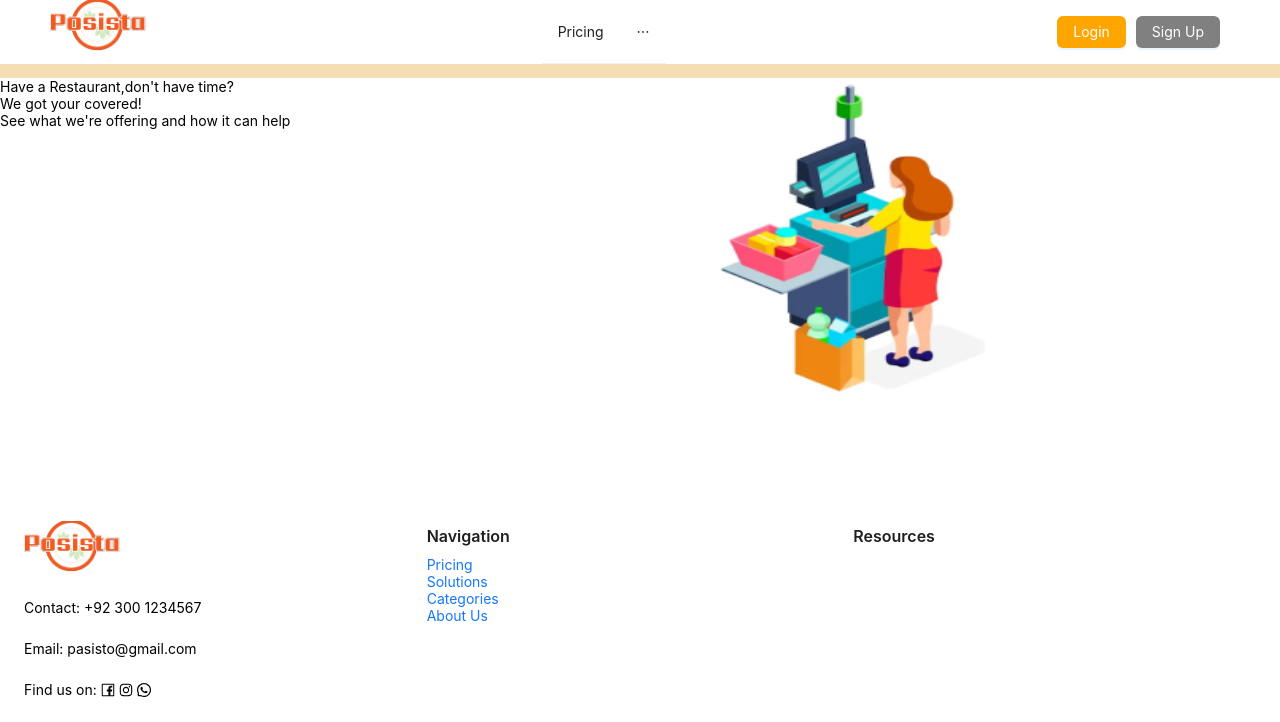
Repository: usmanarshad90/Posista
Page: / (app in test/)
The author's editor kept a copy of each file at every save. The page is drawn from the files as they stood at one save, then again after a run of saves.
The browser window is 1280 px wide. The pictures show the whole page.
The project was rebuilt for these pictures with package versions that can differ from the ones it lists, and the page was loaded fresh each time. Also part of the build but not shown: test/src/components/Pricing/Pricing.jsx, test/src/components/Solution/Solutions.jsx, test/src/components/About/AboutUs.jsx, test/src/components/login/login.jsx, test/src/components/signup/signup.jsx.

Above is the page before, as saved 2023-11-28 14:30:21.

### test/public/index.html
<!DOCTYPE html>
<html lang="en">
  <head>
    <meta charset="utf-8" />
    <link rel="icon" href="%PUBLIC_URL%/favicon.ico" />
    <meta name="viewport" content="width=device-width, initial-scale=1" />
    <meta name="theme-color" content="#000000" />
    <meta
      name="description"
      content="Web site created using create-react-app"
    />
    <link rel="apple-touch-icon" href="%PUBLIC_URL%/logo192.png" />

    <link rel="manifest" href="%PUBLIC_URL%/manifest.json" />

    <title>Posisto</title>
  </head>
  <body>
    <noscript>You need to enable JavaScript to run this app.</noscript>
    <div id="root"></div>



  </body>
</html>

### test/src/index.css
body {
  margin: 0;
  font-family: -apple-system, BlinkMacSystemFont, 'Segoe UI', 'Roboto', 'Oxygen',
    'Ubuntu', 'Cantarell', 'Fira Sans', 'Droid Sans', 'Helvetica Neue',
    sans-serif;
  -webkit-font-smoothing: antialiased;
  -moz-osx-font-smoothing: grayscale;
}

code {
  font-family: source-code-pro, Menlo, Monaco, Consolas, 'Courier New',
    monospace;
}
.background{
  background-image: url("./images/background.jpg")!important;

}



/* .container{
  max-width: 1000px;
  margin: auto;
  width: 100%;
  padding-inline: 1rem;
  padding-block:5rem;

} */

### test/src/App.js
import {BrowserRouter  as Router , Routes , Route} from 'react-router-dom'
import Home from './components/Home/Home';

import Pricing from './components/Pricing/Pricing';
import Solutions from './components/Solution/Solutions';
import AboutUs from './components/About/AboutUs';
import Login from './components/login/login';
import SignUp from './components/signup/signup';


function App() {
  return (
    <Router>
    {/* if i can do it like this all pages come on the header */}

      <Routes>

        {/* if i can do it like this header individually come on the each page*/}

        <Route path="/" element={< Home/>} />
        <Route path="/login" element={<Login/>}/>
        <Route path="/signup" element={<SignUp/>} />

        <Route path="/pricing" element={< Pricing/>} />
        <Route path="/solution" element={< Solutions/>} />
        <Route path="/about" element={<AboutUs/>} />

        </Routes>
        {/* for footer i can call here */}

        </Router>
  );
}

export default App;

### test/src/components/Home/Home.jsx
import React from 'react'
import PageHeader from '../PageHeader/PageHeader'
import HeroSection from '../HeroSection/HeroSection'
import PageFooter from '../Footer/Footer'

const Home = () => {
  return (
    <>
    <PageHeader/>
    <HeroSection/>



    <PageFooter/>

    </>
  )
}

export default Home

### test/src/components/PageHeader/PageHeader.jsx
import React from 'react'
import { Layout, Menu, Button, Row, Col } from 'antd';
import { Link } from 'react-router-dom';
import logoimage from '../../images/posistologo.png'
import {HomeOutlined, UserOutlined,SettingOutlined,} from '@ant-design/icons';

const { Header } = Layout;
const PageHeader = () => {
  return (
    <Row>
      <Col lg={24} xl={24} md={12} xs={4} >
    <Layout className="layout">
    <Header style={{ display: 'flex', justifyContent: 'space-between' ,backgroundColor: 'white' }}>
      <div className="logo" >

      <Link to={'/'}><img src={logoimage} alt="" width="100px"  /></Link>
        </div>
      <Menu  mode="horizontal" style={ {color:'black',backgroundColor: 'transparent'}} >
        <Link to={'/pricing'} ><Menu.Item key="1" >Pricing</Menu.Item></Link>


        <Link to={'/solution'} ><Menu.Item key="2" >Solutions</Menu.Item></Link>

        <Link to={'/about'} ><Menu.Item key="3" >About Us</Menu.Item></Link>
      </Menu>

      <div>

        <Link to="/login"><Button type="primary" style={{ marginRight: '10px', backgroundColor: 'orange' }}>Login</Button>
        </Link>
        <Link to="/signup"><Button type="primary" style={{ marginRight: '10px', backgroundColor: 'grey' }}>Sign Up</Button></Link>
      </div>




    </Header>
  </Layout>
  </Col>
  </Row>
  )
}

export default PageHeader;

### test/src/components/HeroSection/HeroSection.jsx
import React from 'react'
import { Row,Col,Image,Divider} from 'antd';

import image from '../../images/design.png'

const HeroSection = () => {




      const DemoBox = (props) => <p className={`height-${props.value}`}>{props.children}</p>;
  return (
    <>
    <Row  >
      <Col  lg={{ span:24, order: 1 }} md={24} xs={24} xl={24} xxl={24}  style={{background:'wheat'}}>
      <DemoBox value={'100%'}> </DemoBox>
        </Col>

    <Col lg={{ span: 12, order: 2 }} md={8} xs={4} xl={12}>

    <div   >

         Have a Restaurant,don't have time? <br />
         We got your covered! <br/>

         <div   >See what we're offering and how it can help <br />


         </div>
    </div>
    </Col>
    <Col lg={{ span: 12, order: 3 }}md={8} xs={4} xl={12}>
    <Image width={'70%'} preview={false} height={'90%'} src={image} alt="#" />

    </Col>
   </Row>
   </>
  )
}

export default HeroSection

### test/src/components/Footer/Footer.jsx
import React from 'react'
import { Layout, Menu, Row, Col, Typography } from 'antd';
import { Link } from 'react-router-dom';
import logoimage from '../../images/posistologo.png';
import { FacebookOutlined,InstagramOutlined , WhatsAppOutlined} from '@ant-design/icons';
// const {PageFooter}=Layout;




const Footer = () => {
  const style = {
    background: '',
    text_align:'left',
    padding: ' 12px ',



  };


  return (
    <Row><Col  lg={{ span:8, order: 1 }} md={6} xs={4} xl={8} xxl={8} style={style} >

      <div style={style} className="logo" >

      <Link to={'/'}><img src={logoimage} alt="" width="100px"  /></Link>
      </div>
      <div style={style}>Contact: +92 300 1234567</div>
      <div style={style}>Email: pasisto@gmail.com</div>
      <div style={style}>Find us on: <FacebookOutlined  /> <InstagramOutlined /> <WhatsAppOutlined /></div>

      </Col>

      <Col  lg={{ span:8, order: 1 }} md={6} xs={4} xl={8} xxl={8}   >

      <Typography.Title level={5} >Navigation </Typography.Title>



      <Link to={'/pricing'} >Pricing</Link> <br />


      <Link to={'/solution'} >Solutions</Link><br />
      <Link to={'/about'} >Categories</Link><br />
      <Link to={'/about'} >About Us</Link><br />


      </Col>

      <Col  lg={{ span:8, order: 1 }} md={6} xs={4} xl={8} xxl={8}   >
        <Typography.Title level={5}>Resources</Typography.Title>
        <div></div>
      </Col>




    </Row>

  )
}

export default Footer

Loaded but not shown: test/src/index.js (common file)

After the next 6 saves:
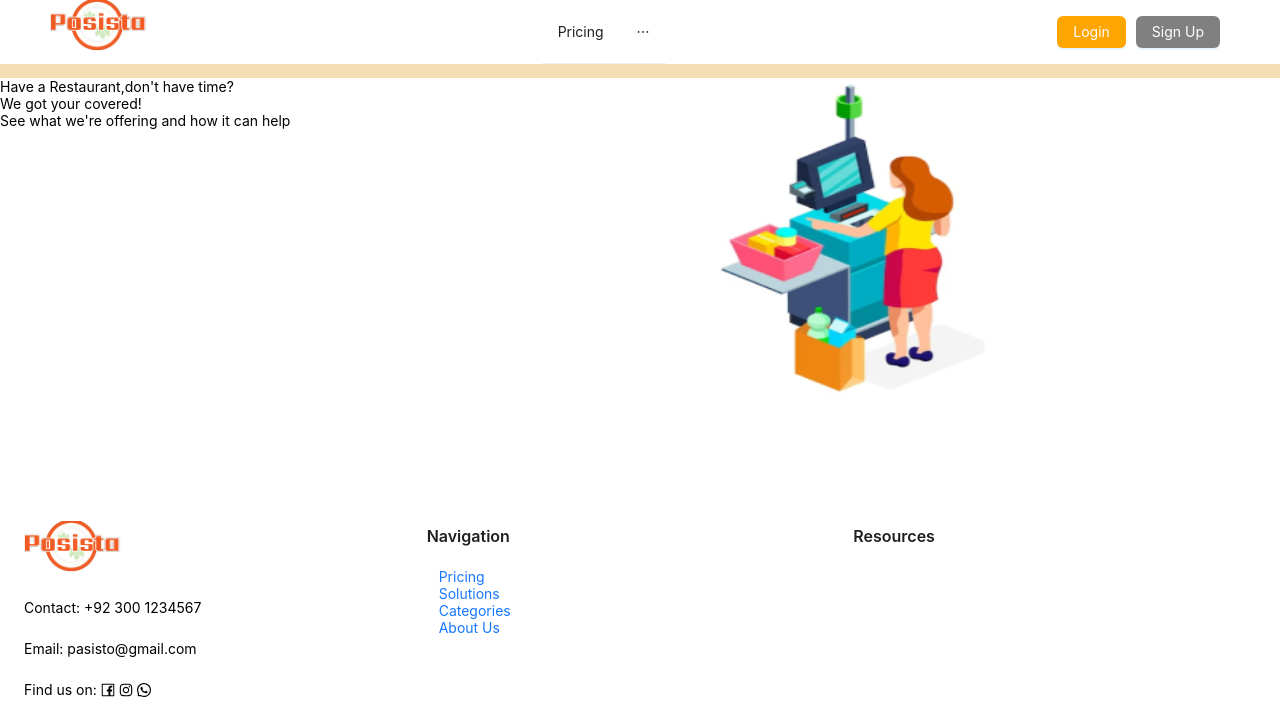
The 6 saves are shown as one change because 1 did not build or start and some came seconds apart.
The last was saved 32 s later.
--- a/test/src/components/Footer/Footer.jsx
+++ b/test/src/components/Footer/Footer.jsx
@@ -37,7 +37,7 @@ const Footer = () => {
       <Typography.Title level={5} >Navigation </Typography.Title>
 
 
-
+      <div style={style}>
       <Link to={'/pricing'} >Pricing</Link> <br />
 
 
@@ -45,7 +45,7 @@ const Footer = () => {
       <Link to={'/about'} >Categories</Link><br />
       <Link to={'/about'} >About Us</Link><br />
 
-
+      </div>
       </Col>
 
       <Col  lg={{ span:8, order: 1 }} md={6} xs={4} xl={8} xxl={8}   >
